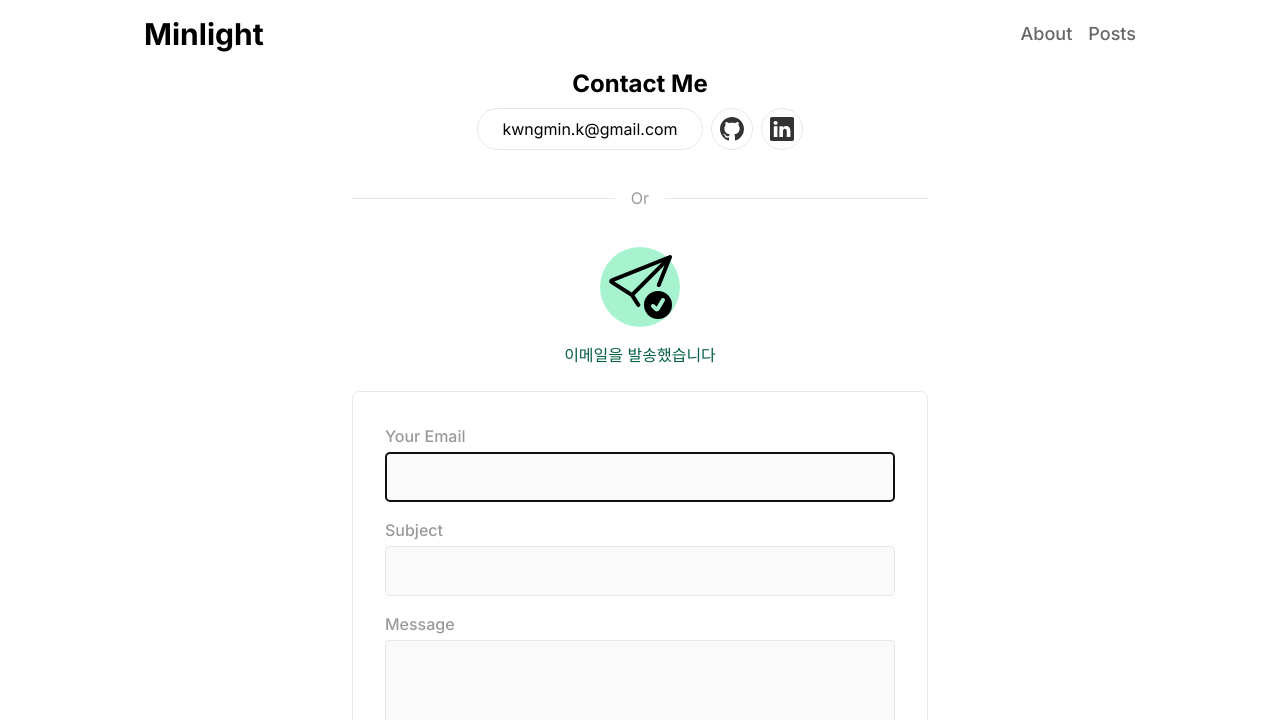
Repository: kwngmin/minlight-blog
Page: /contact
An editor plug-in stored every save of this project. The page is shown before and after the next save, followed by the edit.
The browser window is 1280 px wide. The pictures show the whole page.
An inner scrolling area shows only its first screen. The project was rebuilt for these pictures with package versions that can differ from the ones it lists, and the page was loaded fresh each time. The framework's server and built-in components were replaced by stand-ins that run in the browser. Also part of the build but not shown: next.config.js.

Above is the page before, as saved 2023-04-03 20:21:16.

After the next save:
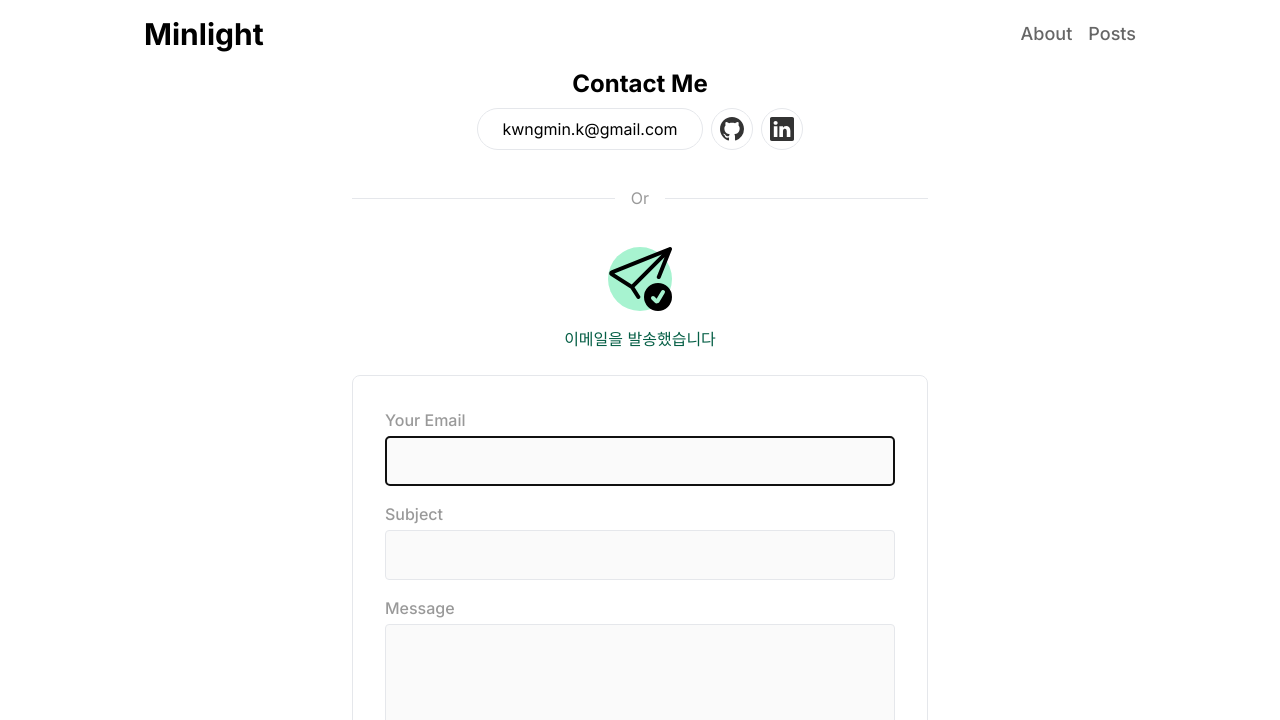
Saved 13 s later.
--- a/src/components/ContactForm.tsx
+++ b/src/components/ContactForm.tsx
@@ -41,7 +41,7 @@ export default function ContactForm() {
       {/* {banner && <Banner banner={banner} />}
        */}
       <div className="px-4 mb-6 rounded flex flex-col items-center text-emerald-800">
-        <div className="bg-emerald-200 rounded-full w-20 h-20 mb-4 flex justify-center items-center">
+        <div className="bg-emerald-200 rounded-full w-16 h-16 mb-4 flex justify-center items-center">
           <BsSendCheck size={64} className="text-black" />
         </div>
         <span>{`이메일을 발송했습니다`}</span>
